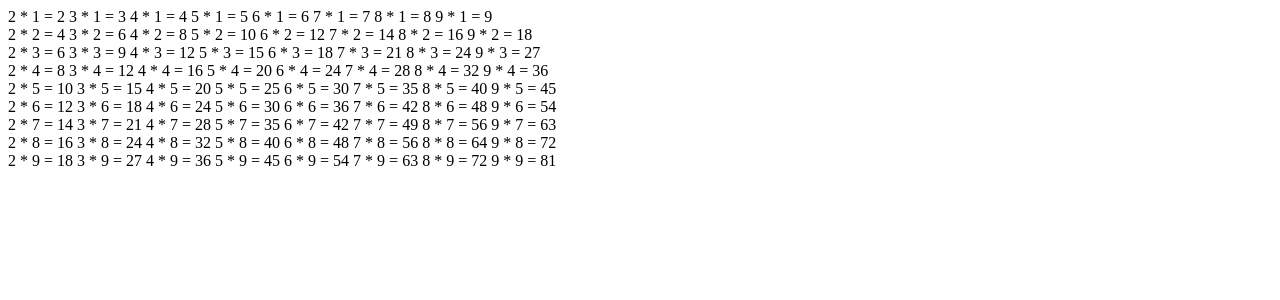
Repository: codelily98/Web
Page: JavaScript/src/main/webapp/practice/practice02.html
The author's editor kept a copy of each file at every save. The page is drawn from the files as they stood at one save, then again after a run of saves.
The browser window is 1280 px wide. The pictures show the whole page.

Above is the page before, as saved 2024-08-21 07:06:58.

### JavaScript/src/main/webapp/practice/practice02.html
<!DOCTYPE html>
<html>
<head>
<meta charset="UTF-8">
<title>구구단</title>
</head>
<body onload="gugudan()">
	<div>
		<span id="gugudan"></span>
	</div>

<script type="text/javascript">
const gugudan = () => {
	let result = "";

	for(let i = 1; i <= 9; i++) {
		for(let j = 2; j <= 9; j++) {
			result = j * i;

			document.getElementById("gugudan").innerHTML += `${j} * ${i} = ${result} `;
			if(j == 9) {
				document.getElementById("gugudan").innerHTML += `<br>`;
			}
		}
	}
}
</script>
</body>
</html>

After the next 2 saves:
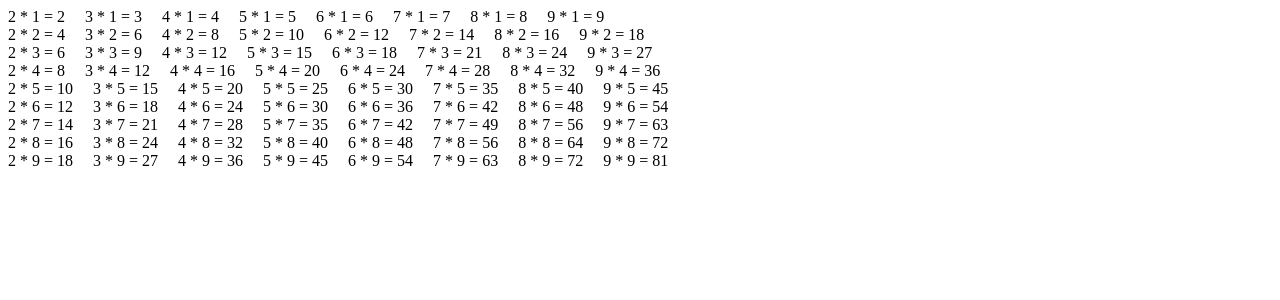
The 2 saves are shown as one change because they came seconds apart.
The last was saved 7 s later.
--- a/JavaScript/src/main/webapp/practice/practice02.html
+++ b/JavaScript/src/main/webapp/practice/practice02.html
@@ -17,7 +17,7 @@ const gugudan = () => {
 		for(let j = 2; j <= 9; j++) {
 			result = j * i;
 
-			document.getElementById("gugudan").innerHTML += `${j} * ${i} = ${result} `;
+			document.getElementById("gugudan").innerHTML += `${j} * ${i} = ${result} &emsp;`;
 			if(j == 9) {
 				document.getElementById("gugudan").innerHTML += `<br>`;
 			}
